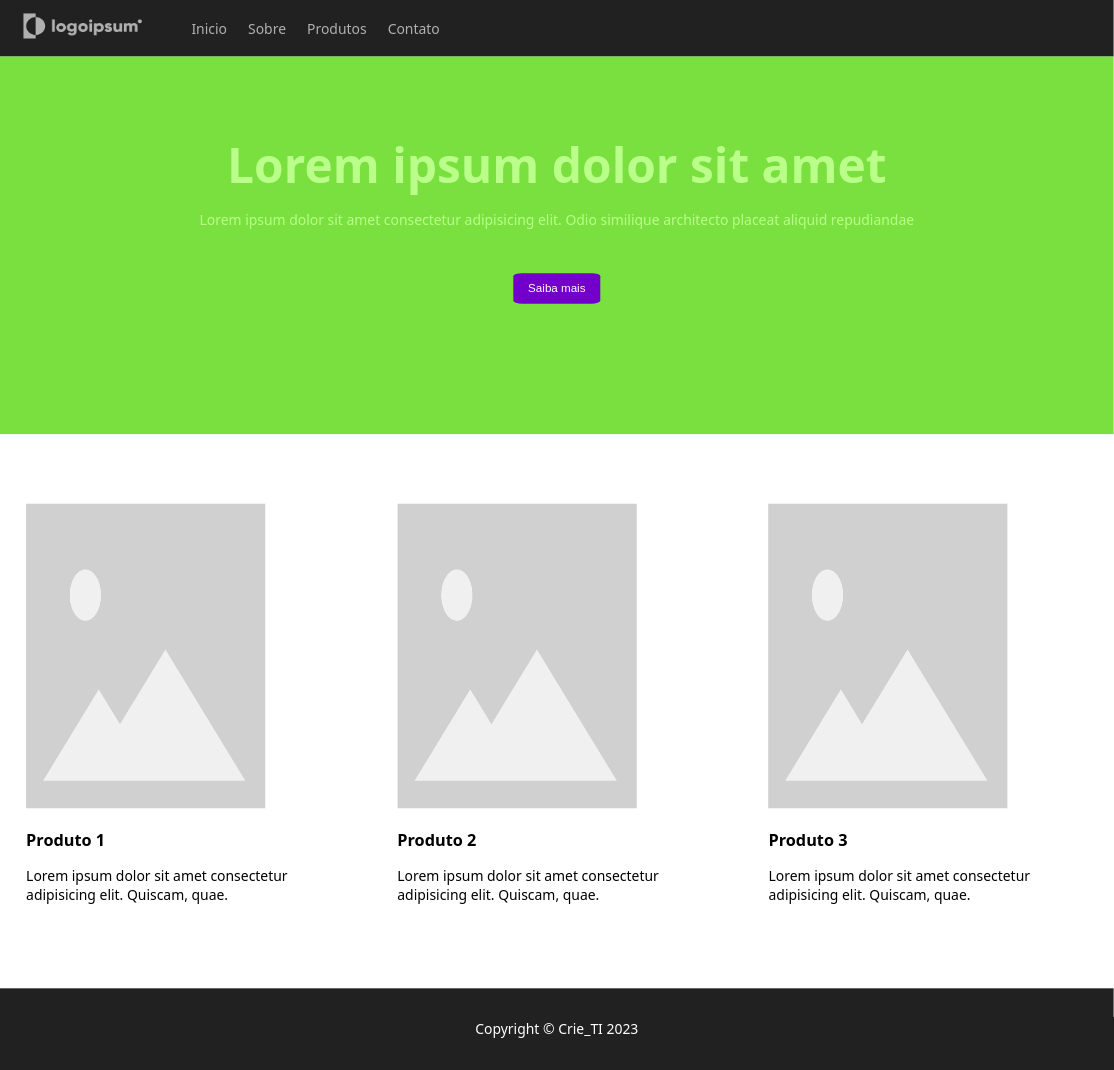
Repository: Carolden/SiteCrie_Ti
Page: index.html
The author's editor kept a copy of each file at every save. The page is drawn from the files as they stood at one save, then again after the next save.
The browser window is 1280 px wide. The pictures show the whole page, at 87% of full size.

Above is the page before, as saved 2023-04-25 19:53:35.

### index.html
<!DOCTYPE html>
<html lang="pt-BR">
<head>
    <meta charset="UTF-8">
    <meta http-equiv="X-UA-Compatible" content="IE=edge">
    <meta name="viewport" content="width=device-width, initial-scale=1.0">
    <title>Document</title>
    <link rel="stylesheet" type="text/css" href="index.css" media="screen" />
</head>
<body>

    <header>
        <div>
            <img src="images/logo.png" alt="logo" class="logo">
        </div>
        <nav>
            <a href="inicio">Inicio</a>
            <a href="sobre">Sobre</a>
            <a href="produtos">Produtos</a>
            <a href="contato">Contato</a>
        </nav>
    </header>

    <main>

    <section class="banner">
        <h1>Lorem ipsum dolor sit amet</h1>
        <p>Lorem ipsum dolor sit amet consectetur adipisicing elit. Odio similique architecto placeat aliquid repudiandae</p>
        <button>Saiba mais</button>
    </section>

    <section class="produtos">
        <div class="row">
            <div class="column">
                <img src="images/placeholder.png" alt="imagem1">
                <h3>Produto 1</h3>
                <p>Lorem ipsum dolor sit amet consectetur adipisicing elit. Quiscam, quae. </p>
            </div>

            <div class="column">
                <img src="images/placeholder.png" alt="imagem2">
                <h3>Produto 2</h3>
                <p>Lorem ipsum dolor sit amet consectetur adipisicing elit. Quiscam, quae.</p>
            </div>

            <div class="column">
                <img src="images/placeholder.png" alt="imagem3">
                <h3>Produto 3</h3>
                <p>Lorem ipsum dolor sit amet consectetur adipisicing elit. Quiscam, quae.</p>
            </div>
        </div>
    </section>

    <footer>
        <div>
            <p> Copyright © Crie_TI 2023</p>
        </div>
    </footer>



    </main>





</body>
</html>

### index.css
body {
    border: 0;
    margin: 0;
    padding: 0;
    font-family: system-ui, -apple-system, BlinkMacSystemFont, 'Segoe UI', Roboto, Oxygen, Ubuntu, Cantarell, 'Open Sans', 'Helvetica Neue', sans-serif;
}


header {
    background-color: #212121;
    display: flex;
    align-items: center;
    width: 100%;
    top: 0;
    padding-left: 20px;
    padding-right: 20px;
    box-sizing: border-box;
}

header nav a {
    color: #B0B0B0;
    text-decoration: none;
    padding: 10px;

}

.logo {
    width: 150px;
    height: 60px;
    padding-right: 40px;
}

.banner {
    background-color: rgb(121, 224, 63);
    color: rgb(185, 255, 137);
    text-align: center;
    padding-top: 40px;
    padding-bottom: 150px;


}

button {
    background-color: rgb(114, 0, 202);
    color: #ffffff;
    text-align: center;
    padding: 10px;
    padding-left: 17px;
    padding-right: 17px;
    border-radius: 10%;
    border-style: hidden    ;
}

.banner h1 {
    font-size: 55px;
    margin-bottom: -30px;
}

.banner p {
    padding-bottom: 50px;
    padding-top: 30px;
    margin-bottom: 0px;
}

.produtos {
    padding-bottom: 50px;
}


.row {
    display: flex;
    padding-top: 50px;
}


.column {
    width: 33%;
    padding: 30px;
    /* text-align: center; */

}


.column img {
    width: 75%;
    height: 350px;
    /* object-fit: cover; */
    text-align: center;
    justify-content: center;
}


footer {
    background-color: #212121;
    color: white;
    padding: 20px;
    text-align: center;
}

After the next save:
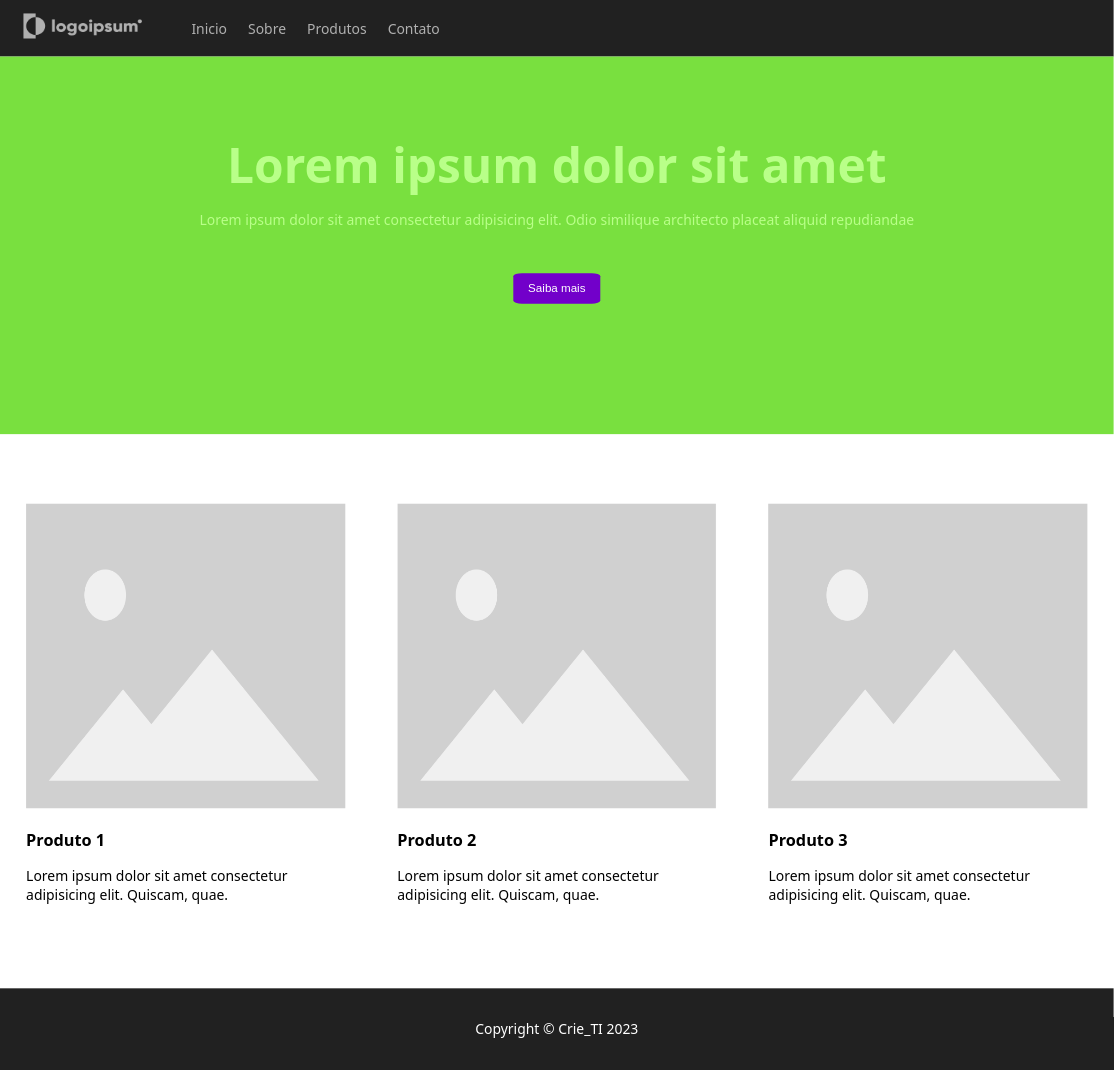
Saved 13 s later.
--- a/index.css
+++ b/index.css
@@ -82,7 +82,7 @@ button {
 
 
 .column img {
-    width: 75%;
+    width: 100%;
     height: 350px;
     /* object-fit: cover; */
     text-align: center;
